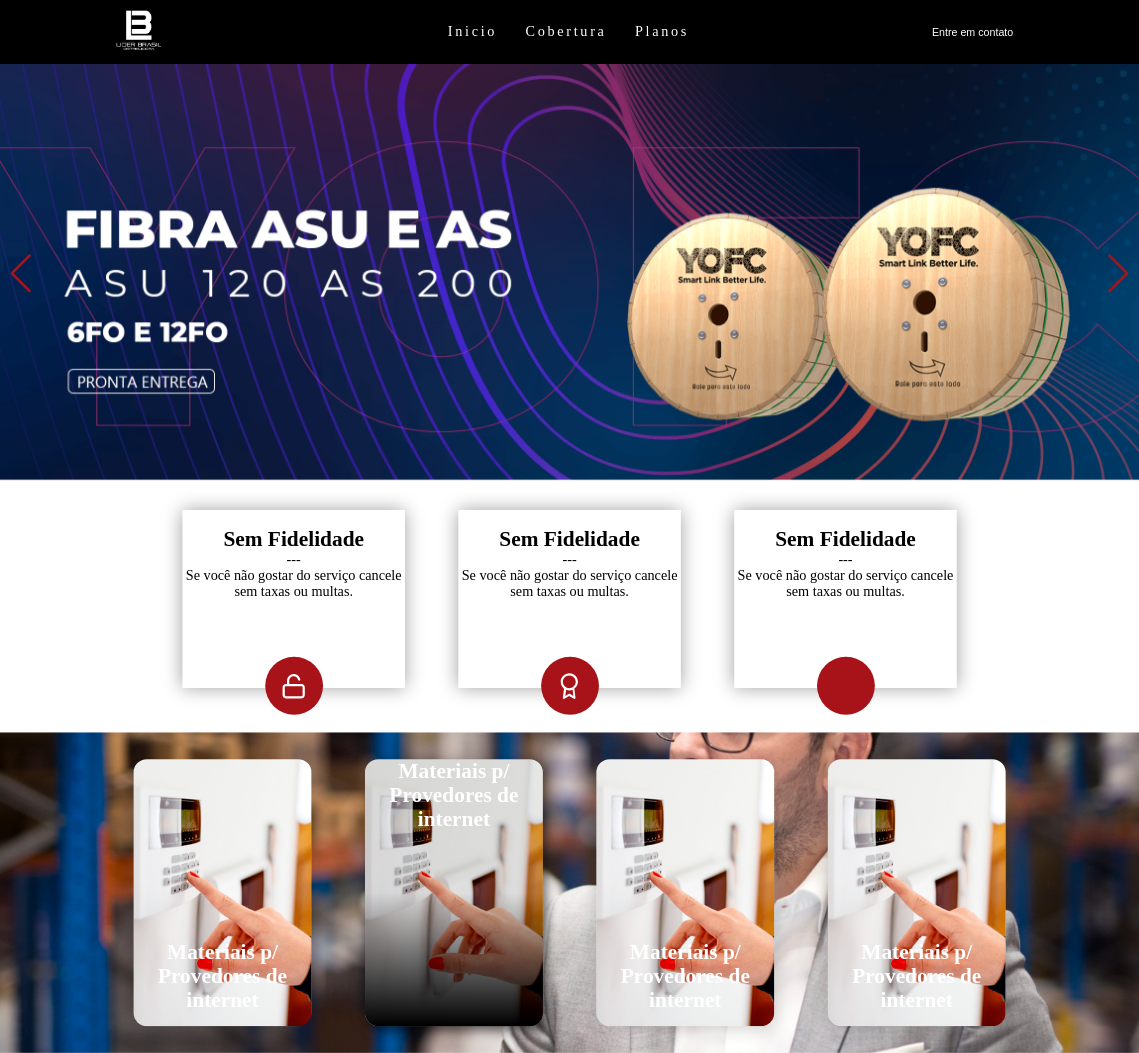
Repository: mateus-henrique-silva/Novo_institucional_lider
Page: index.html
An editor plug-in stored every save of this project. The page is shown before and after a run of saves, followed by the edit.
The browser window is 1280 px wide. The pictures show the whole page, at 89% of full size.
Backgrounds fixed to the window are drawn as part of the page. Some web fonts or font styles are not loaded; a fallback is used.

Above is the page before, as saved 2022-09-06 10:27:25.
Console error: SyntaxError: Identifier 'MobileNavbar' has already been declared

### index.html
<!DOCTYPE html>
<html lang="en">
  <head>
    <meta charset="UTF-8" />
    <meta http-equiv="X-UA-Compatible" content="IE=edge" />
    <meta name="viewport" content="width=device-width, initial-scale=1.0" />
    <meta
      name="viewport"
      content="width=device-width, user-scalable=yes, initial-scale=1.0, maximum-scale=10, minimum-scale=1.0"
    />
    <link rel="stylesheet" href="./src/CSS/Global.css" />
    <link rel="stylesheet" href="./src/CSS/Header/style.css" />
    <link rel="stylesheet" href="./src/CSS/Main/style.css" />
    <link rel="stylesheet" href="./src/CSS/Main/Carousel/styles.css" />
    <link rel="stylesheet" href="./src/CSS/Main/Box/style.css" />
    <link rel="stylesheet" href="./src/CSS/Main/Products/style.css" />
    <link
      rel="stylesheet"
      href="https://unpkg.com/swiper@8/swiper-bundle.min.css"
    />

    <title>Líder Brasil</title>
  </head>
  <body>
    <header>
      <nav>
        <a class="logo"
          ><img src="./src/Assets/Logo/lb.png" width="50" alt=""
        /></a>
        <div class="mobile-menu">
          <div class="line1"></div>
          <div class="line2"></div>
          <div class="line3"></div>
        </div>
        <ul class="nav-list">
          <li><a href="#network index.html">Inicio</a></li>
          <li><a href="#map-container">Cobertura</a></li>
          <li><a href="#container">Planos</a></li>
        </ul>
        <ul>
          <li style="list-style: none; font-size: 10px">
            <a
              href="#"
              style="
                font-size: 12px;
                padding: 10px;
                font-family: arial;
                color: white;
              "
              onclick="openForm()"
              class="contact-header"
              >Entre em contato</a
            >
          </li>
        </ul>
      </nav>
    </header>
    <main>
      <section>
        <div class="swiper">
          <div class="swiper-wrapper">
            <div class="swiper-slide">
              <div class="project-img">
                <img
                  src="./src/Assets/img/carrossel/desktop/drop-desktop.png"
                  alt="Foto 01"
                />
              </div>
              <div class="project-img" id="mobile-img">
                <img
                  src="./src/Assets/img/carrossel/mobile/drop-mobile.png"
                  alt="Foto 03"
                />
              </div>
            </div>
            <div class="swiper-slide">
              <div class="project-img">
                <img
                  src="./src/Assets/img/carrossel/desktop/escada-desktop.png"
                  alt="Foto 01"
                />
              </div>
              <div class="project-img" id="mobile-img">
                <img
                  src="./src/Assets/img/carrossel/mobile/escada-mobile.png"
                  alt="Foto 03"
                />
              </div>
            </div>
            <div class="swiper-slide">
              <div class="project-img">
                <img src="./src/Assets/img/teste6.png" alt="Foto 01" />
              </div>
              <div class="project-img" id="mobile-img">
                <img src="./src/Assets/img/foto_03.png" alt="Foto 03" />
              </div>
            </div>
          </div>
          <div class="swiper-button-next"></div>
          <div class="swiper-button-prev"></div>
          <div class="swiper-pagination"></div>
        </div>
      </section>
      <section>
        <div class="section-box">
          <!-- card 1 -->

          <ul>
            <li class="box">
              <div class="box-inter">
                <h1>Sem Fidelidade</h1>
                <p>---</p>

                <p>
                  Se você não gostar do serviço cancele sem taxas ou multas.
                </p>
              </div>

              <div class="obj">
                <img
                  src="./src/Assets/img/icons/unlock.svg"
                  alt="arrowup"
                  srcset=""
                />
              </div>
            </li>
            <!-- card 2 -->
            <li class="box">
              <div class="box-inter">
                <h1>Sem Fidelidade</h1>
                <p>---</p>

                <p>
                  Se você não gostar do serviço cancele sem taxas ou multas.
                </p>
              </div>

              <div class="obj">
                <img
                  src="./src/Assets/img/icons/award.svg"
                  alt="arrowup"
                  srcset=""
                />
              </div>
            </li>
            <!-- card 3 -->
            <li class="box">
              <div class="box-inter">
                <h1>Sem Fidelidade</h1>
                <p>---</p>

                <p>
                  Se você não gostar do serviço cancele sem taxas ou multas.
                </p>
              </div>

              <div class="obj">
                <img
                  src="./src/Assets/img/icons/chevrons-up.svg"
                  alt="arrowup"
                  srcset=""
                />
              </div>
            </li>
          </ul>
        </div>
      </section>

      <section>
        <div class="background">
          <img
            class="img"
            src="./src/Assets/img/icons/aBlack.svg"
            alt=""
            srcset=""
          />

          <ul>
            <li>
              <div class="products">
                <button>text</button>
                <div>
                  <h2>Materiais p/ Provedores de internet</h2>
                </div>

              </div>
            </li>

            <li>

              <div class="products">
                <div class="back-radient">
                <button>text</button>
                <div>
                  <h2>Materiais p/ Provedores de internet</h2>
                </div>

              </div>
            </div>
            </li>

            <li>
              <div class="products">
                <button>text</button>
                <div>
                  <h2>Materiais p/ Provedores de internet</h2>
                </div>

              </div>
            </li>
            <li>
              <div class="products">
                <button>text</button>
                <div>
                  <h2>Materiais p/ Provedores de internet</h2>
                </div>

              </div>
            </li>
          </ul>
        </div>
      </section>
    </main>
    <footer></footer>
    <script src="https://unpkg.com/swiper@8/swiper-bundle.min.js"></script>
    <script src="./src/Scripts/Carousel/scripts.js"></script>
    <script src="./src/Scripts/Mobile/scripts.js"></script>
    <script src="./src/Scripts/Global.js"></script>
  </body>
</html>

### src/CSS/Global.css
@import url("https://fonts.googleapis.com/css2?family=Montserrat:ital,wght@0,100;0,200;0,300;0,400;0,500;0,600;0,700;0,800;0,900;1,100;1,200;1,300;1,400;1,500;1,600;1,700;1,800;1,900&family=Source+Serif+Pro:ital,wght@0,200;0,300;0,400;0,600;0,700;0,900;1,200;1,300;1,400;1,600;1,700;1,900&display=swap");

* {
  font-family: 'Source Serif Pro', serif;
  margin: 0;
  padding: 0;
  border: 0;

}


body{

}

### src/CSS/Header/style.css
header {
  width: 100%;
  background-color: black;
  margin-top: 0;
}
a {
  color: black;
  text-decoration: none;
  transition: 0.3s;
}

a:hover {
  opacity: 0.7;
}

.logo {
  align-items: center;
  width: 6%;

  text-transform: uppercase;
  letter-spacing: 4px;
}

.logo h1 {
  font-size: 12px;
}

nav {
  display: flex;
  z-index: 1;

  width: 100%;
  margin-top: 0;

  justify-content: space-around;
  align-items: center;
  background-color: black;
  height: 10vh;
}

.nav-list {
  text-align: center;
  justify-content: center;
  list-style: none;
  display: flex;
  z-index: 1;
}

.nav-list li {
  letter-spacing: 3px;
  margin-left: 32px;
}
.nav-list li a {
  color: white;
}
.nav-list li a:hover {
  color: #ff073b;
}

.mobile-menu {
  display: none;
  margin-left: 80px;
  cursor: pointer;
}

.mobile-menu div {
  transition: 0.3s;

  width: 32px;
  height: 2px;
  background: white;
  margin: 8px;
}

@media (max-width: 950px) {
  body {
    overflow-x: hidden;
  }

  .nav-list {
    position: absolute;
    top: 7vh;
    right: 0;
    width: 100vw;
    height: 100vh;
    background-color: white;
    flex-direction: column;
    color: white;
    /* align-items: center; */
    display: none;
    justify-content:flex-start;
    transition: 0.4s ease-in;
    /* justify-content: space-around; */
    transform: translateX(100%);
  }

  .nav-list li {
    margin-top:100px;
    margin-left: 0;
    opacity: 0;
  }

  .mobile-menu {
    display: block;
  }
  .contact-header {
    display: none;
  }

  .logo {
    margin-left:10px;
    width: 60%;
  }
}

.nav-list.active {
  transition: 0.3s;
  overflow-y: hidden;
  position: fixed;
  z-index: 10000;
  background-color: black;
  transform: translateX(0);
  display: flex;
}

.nav-list.active li {
  color: white!important;
  font-weight:bold;
}

.nav-list.active li {
  color: white;
}

@keyframes navLinkFade {
  from {
    opacity: 0;
    transform: translateX(50px);
  }

  to {
    opacity: 1;
    transform: translateX(0);
  }
}

.mobile-menu.active .line1 {
  transform: rotate(-45deg) translate(-8px, 8px);
}

.mobile-menu.active .line2 {
  opacity: 0;
}

.mobile-menu.active .line3 {
  transform: rotate(45deg) translate(-5px, -7px);
}

### src/CSS/Main/style.css
main{
    width: 100%;
    height: 100%;

    max-width: 100vw;
}


section{

    width: 100%;
    max-width: 100vw;
    height: 100%;
}


ul li {
    list-style: none;
}

### src/CSS/Main/Carousel/styles.css
.swiper {
    height: 100%!important;

  }

  .swiper-slide {
    text-align: center;
    display: flex;
    height: 100%!important;
    align-items: center;
    justify-content: center;
  }

  @media (max-width: 450px) {
    .swiper {
      height: 270px;
    }

    .project-img img{
      width: 100%;
      height: 100%!important;
    }
  }

  .project-img img{
    width: 100%;
    /* height: 80vh; */
  }



  .swiper-pagination-bullet{
    color: white !important;
    /* margin-top:-10px!important; */
    background-color:white !important;
  }

  /*
    largura => 3840
    Altura => 420

  */


  .swiper-button-next:after, .swiper-button-prev:after{
    color:#a71319 !important;
  }

  #mobile-img{
    display: none;
  }


  @media(max-width:999px){
    #mobile-img{
      display: block!important;
    }


    .project-img{
      display:none;
    }
  }


.menu{
  display:flex;
  flex-direction:column;
}

### src/CSS/Main/Box/style.css
.section-box {
  width: 100%;

  justify-content: center;
  align-items: center;
  display: flex;
}

.box {
  display: flex;
  flex-direction: column;
  /* justify-content: center; */

  justify-content: flex-end;
  align-items: center;
  height: 100%;
  margin: 30px;
  margin-bottom: 20px;
  /* width: 100%; */
  /* background-color: red; */
}

@media (max-width: 770px) {
  .section-box {
    width: 100%;
    justify-content: space-around;
    flex-direction: column;
    display: flex;
  }

  .box-inter {
    background-color: white;
    height: 100px;
    width: 200px;
    /* width: 100%; */
  }
}

@media (max-width: 480px) {
  .box-inter {
    height: 170px !important;
    width: 170px !important;
    /* width: 100%; */
  }

  .obj {
    height: 45px !important;

    margin-top: -35px;
    width: 45px !important;
  }

  .obj img {
    width: 20px !important;
  }
}

.box-inter {
  background-color: white;
  height: 200px;
  width: 250px;
  -webkit-box-shadow: 0px 0px 20px 0px rgba(0, 0, 0, 0.37);
  box-shadow: 0px 0px 20px 0px rgba(0, 0, 0, 0.37);
  display: flex;

  flex-direction: column;
  align-items: center;
  text-align: center;

  /* width: 100%; */
}

.box-inter h1 {
  margin-top: 20px;
  font-size: clamp(1em, 1em + 1vw, 1.5em);
}

.box p {
  font-size: clamp(1em, 1em + 0.5vw, 0.5em);
}
.obj {
  background-color: #a71319;
  height: 65px;

  border-radius: 50%;
  display: flex;
  align-items: center;
  justify-content: center;
  margin-top: -35px;
  width: 65px;
}

.obj img {
  width: 30px;
}

.section-box ul {
  display: flex;
  overflow-x: auto;
  width: 100%;
  justify-content: center;
  scroll-behavior: smooth;
}

.section-box .img-arrow {
  display: none;
}

@media (max-width: 600px) {
  .section-box .img-arrow {
    display: flex;
    justify-content: flex-end;

    animation: mymove 0.8s infinite;
  }
  .section-box ul {
    display: flex;
    overflow-x: auto;
    width: 100%;
    justify-content: flex-start;
    scroll-behavior: smooth;
  }
  @keyframes mymove {
    from {
      left: 280px;
    }
    to {
      left: 300px;
    }
  }
}

### src/CSS/Main/Products/style.css
.background {
  width: 100%;
  background: url("../../../Assets/img/Background/medio.jpg") no-repeat center
    fixed;
  height: 100%;
  display: flex;
  justify-content: space-around;
  justify-content: center;
  align-items: center;
}
.background ul {
  display: flex;
  overflow-x: auto;
  overflow-y: hidden;
  scroll-behavior: smooth;
  /* width: 100px; */
}
.background img {
  display: none;
}

.background ul li .products .img {
  display: flex;
}

.products {
  margin: 30px;
  background: url("../../../Assets/img/Background/products/alarme.png")
    no-repeat center;
    border-radius:15px;

  background-size: 100%;
  justify-content: flex-end;
  height: 300px;
  width: 200px;
  -webkit-box-shadow: 0px 0px 20px 0px rgba(0, 0, 0, 0.2) !important;
  box-shadow: 0px 0px 20px 0px rgba(0, 0, 0, 0.2) !important;
  background-color: white;
  display: flex;
  text-align: center;
  flex-direction: column;
  align-items: center;
  box-sizing: border-box;
  transition: 0.5s;
}

.products div h2 {
  margin-bottom: 15px;
   color:white;
  transition:2s;
}
.products:hover {
  justify-content: center;
  transition:2s;
}
.products:hover div h2 {

  display: none;
}
@media (max-width: 600px) {
  .background .img {
    position: absolute;
    margin-top: 170px;
    display: flex;
    justify-content: flex-end;
    animation: mymove 0.8s infinite;
  }

  @keyframes mymove {
    from {
      left: 280px;
    }
    to {
      left: 300px;
    }
  }
}

.products button {
  background-color: black;
  display: none;
  color: white;
  cursor: pointer;
  transition: 0.7s;
  padding: 8px 25px 8px;
}

.products:hover button {
  background-color: black;
  display: flex;

  color: white;
  cursor: pointer;
  padding: 8px 25px 8px;
}
.back-radient{
  width: 100%;
height: 100%;



background: linear-gradient(180deg, rgba(0, 0, 0, 0.0962963) 50%, #000000 100%);
box-shadow: 5px 6px 11px rgba(0, 0, 0, 0.45);
border-radius: 15px;
}

### src/Scripts/Mobile/scripts.js
class MobileNavbar{


    constructor(mobileMenu, navList, navLinks){
        this.mobileMenu = document.querySelector(mobileMenu);
        this.navList = document.querySelector(navList);
        this.navLinks = document.querySelectorAll(navLinks);
        this.activeClass = "active";
        this.hadleClick =  this.hadleClick.bind(this);


    }

    animateLinks(){
        this.navLinks.forEach((link, index)=>{

            var calc = index/7+0.3;


            link.style.animation
            ?(link.style.animation="")
            :(link.style.animation= `navLinkFade 0.5s ease forwards ${calc}s`);


        });


    }


    hadleClick(){


        this.navList.classList.toggle(this.activeClass);
        this.mobileMenu.classList.toggle(this.activeClass);
        this.animateLinks();
    }

    addClickEvent(){
        this.mobileMenu.addEventListener("click", this.hadleClick);


    }

    init(){

        if(this.mobileMenu){

            this.addClickEvent();
        }
        return this;
    }
    }



    const mobileNavbar = new MobileNavbar(

        ".mobile-menu",

        ".nav-list",

        ".nav-list li",


        );


    mobileNavbar.init();

### src/Scripts/Global.js
document.onmousedown=disableclick;
function disableclick(event)
{
  if(event.button==2)
   {
     return false;
   }
}

### src/Assets/img/icons/award.svg
<?xml version="1.0" encoding="utf-8"?>
<!-- Generator: Adobe Illustrator 24.0.1, SVG Export Plug-In . SVG Version: 6.00 Build 0)  -->
<svg version="1.1" id="Camada_1" xmlns="http://www.w3.org/2000/svg" xmlns:xlink="http://www.w3.org/1999/xlink" x="0px" y="0px"
	 viewBox="0 0 24 24" style="enable-background:new 0 0 24 24;" xml:space="preserve">
<style type="text/css">
	.st0{fill:#FFFFFF;}
</style>
<path class="st0" d="M19.5,8.1c0-4.3-3.5-7.7-7.7-7.7S4,3.9,4,8.1c0,2.5,1.2,4.7,3,6.1l-1.1,8.3c0,0.4,0.1,0.7,0.4,0.9
	c0.3,0.2,0.7,0.2,1,0l4.3-2.6l4.3,2.6c0.2,0.1,0.3,0.1,0.5,0.1c0.2,0,0.4-0.1,0.5-0.2c0.3-0.2,0.5-0.6,0.4-0.9l-1.1-8.3
	C18.3,12.8,19.5,10.6,19.5,8.1z M5.9,8.1c0-3.2,2.6-5.8,5.8-5.8s5.8,2.6,5.8,5.8s-2.6,5.8-5.8,5.8S5.9,11.3,5.9,8.1z M15.4,20.8
	l-3.1-1.9c-0.3-0.2-0.7-0.2-1,0l-3.1,1.9l0.7-5.5c0.9,0.4,1.9,0.6,2.9,0.6c1,0,2-0.2,2.9-0.6L15.4,20.8z"/>
</svg>

### src/Assets/img/icons/chevrons-up.svg
<svg xmlns="http://www.w3.org/2000/svg" width="24" height="24" viewBox="0 0 24 24" fill="none" stroke="" stroke-width="2" stroke-linecap="round" stroke-linejoin="round" class="feather feather-chevrons-up"><polyline points="17 11 12 6 7 11"></polyline><polyline points="17 18 12 13 7 18" color="white"></polyline></svg>

After the next 2 saves:
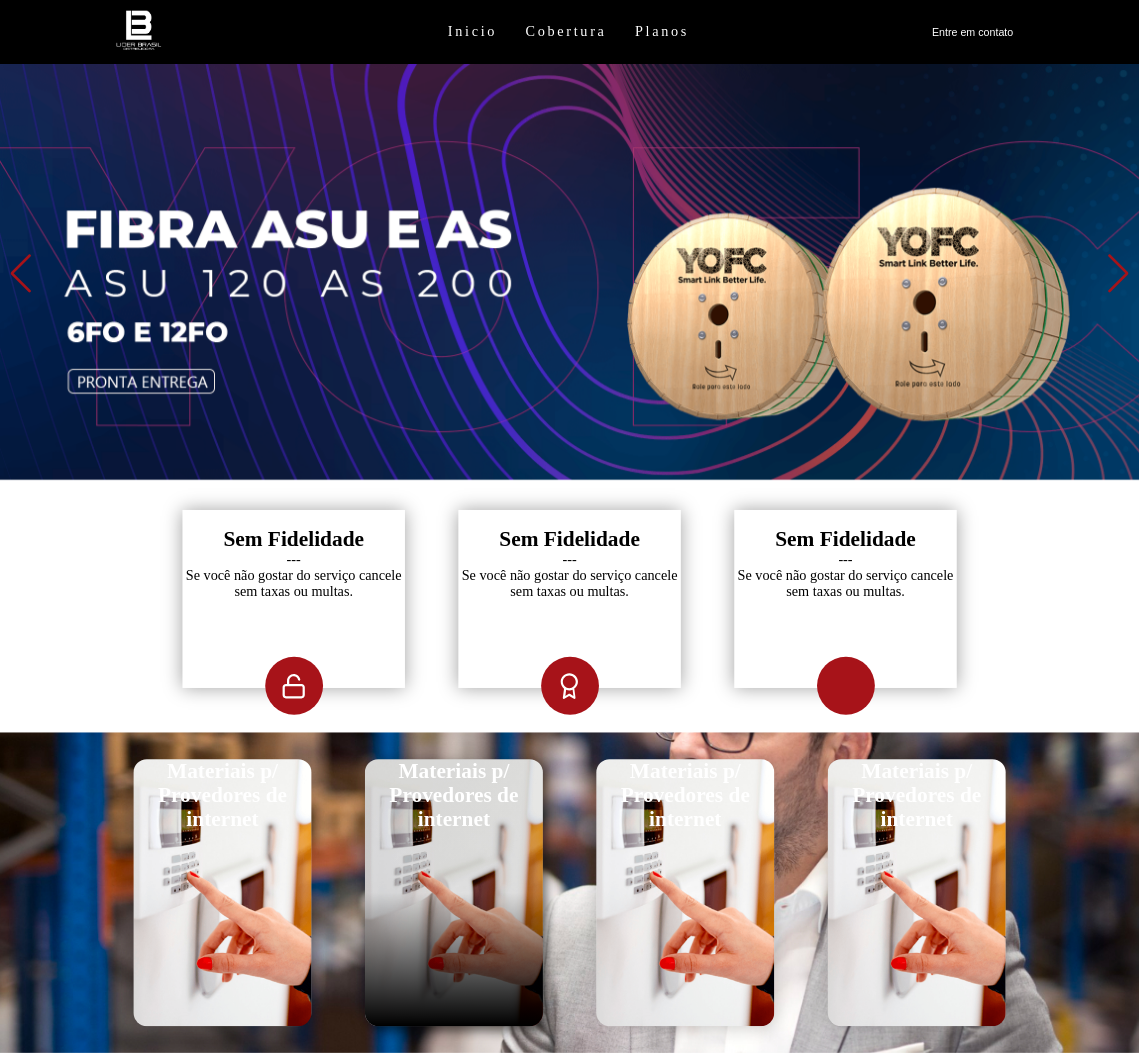
The 2 saves are shown as one change because they came seconds apart.
The last was saved 36 s later.
--- a/src/CSS/Main/Products/style.css
+++ b/src/CSS/Main/Products/style.css
@@ -30,7 +30,7 @@
     border-radius:15px;
 
   background-size: 100%;
-  justify-content: flex-end;
+  align-items: flex-end;
   height: 300px;
   width: 200px;
   -webkit-box-shadow: 0px 0px 20px 0px rgba(0, 0, 0, 0.2) !important;
